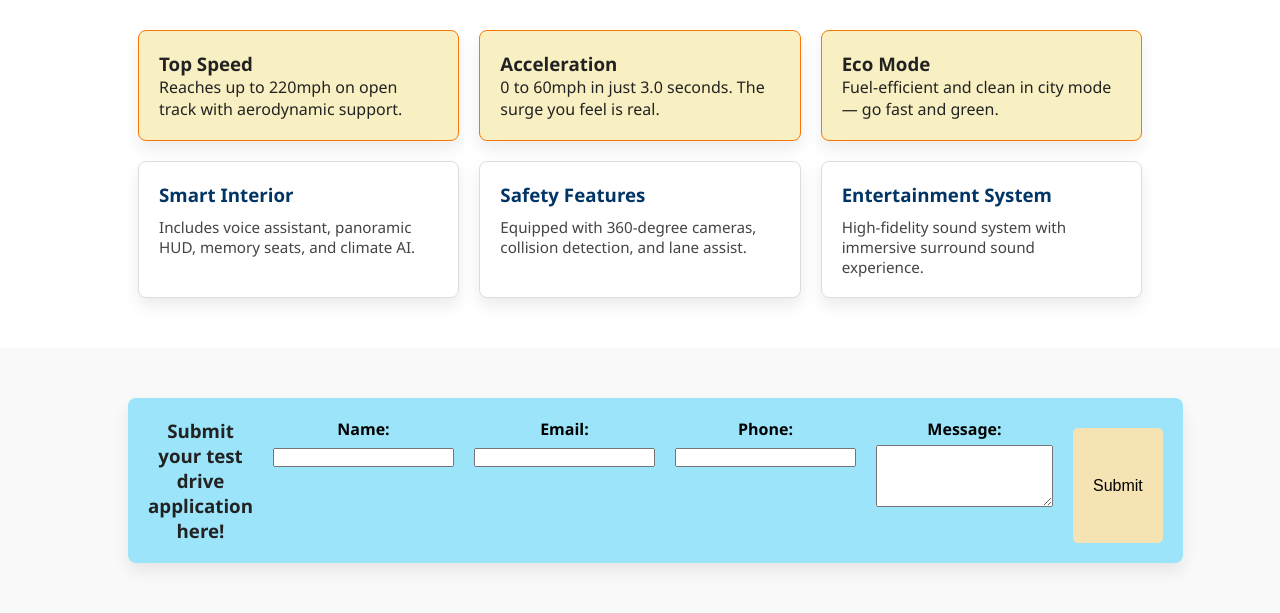
Repository: JiaheSu22/vrooom-responsive-main
Page: index.html
An editor plug-in stored every save of this project. The page is shown before and after the next save, followed by the edit.
The browser window is 1280 px wide. The pictures show the part of the page from y = 740 to 1353 px (the page is 1353 px tall before and 1333 px after).
A picture or video elsewhere on the page could not be fetched, so the positions and the page height are approximate.

Above is the page before, as saved 2025-04-11 14:45:10.

After the next save:
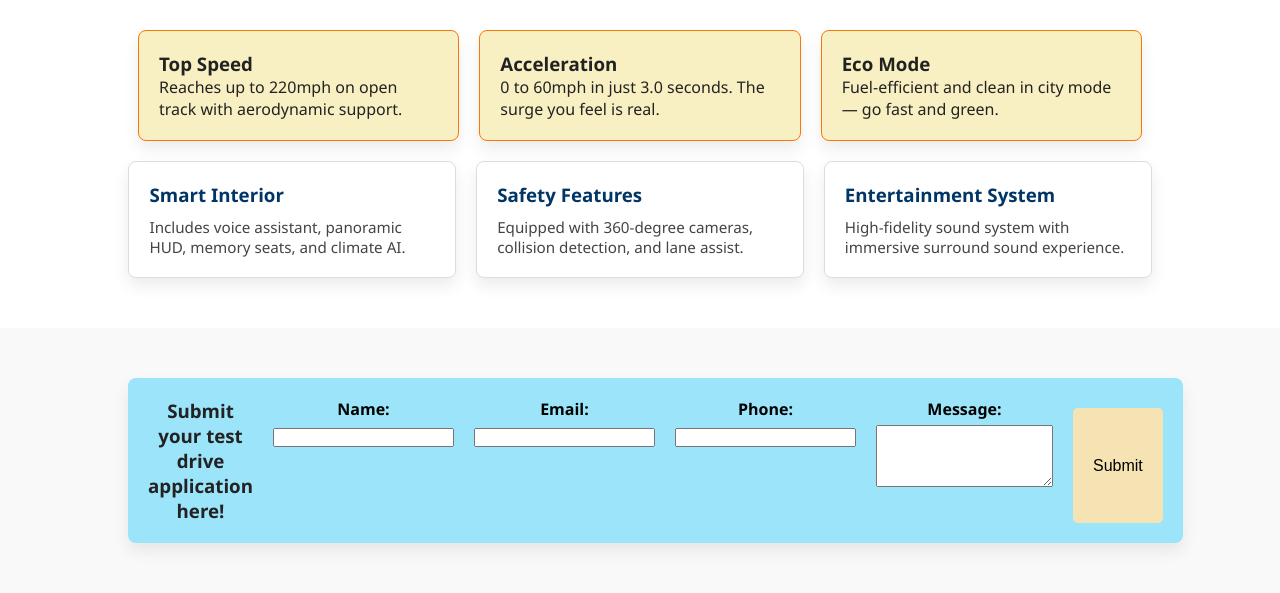
Saved 3 min 18 s later.
--- a/index.html
+++ b/index.html
@@ -124,7 +124,7 @@
       border: 1px solid #ddd;
       border-radius: 8px;
       box-shadow: 0 8px 16px rgba(0, 0, 0, 0.08);
-      width: calc(33.33% - 20px);
+      width: 32%;
       padding: 20px;
       transition: transform 0.3s ease;
     }
